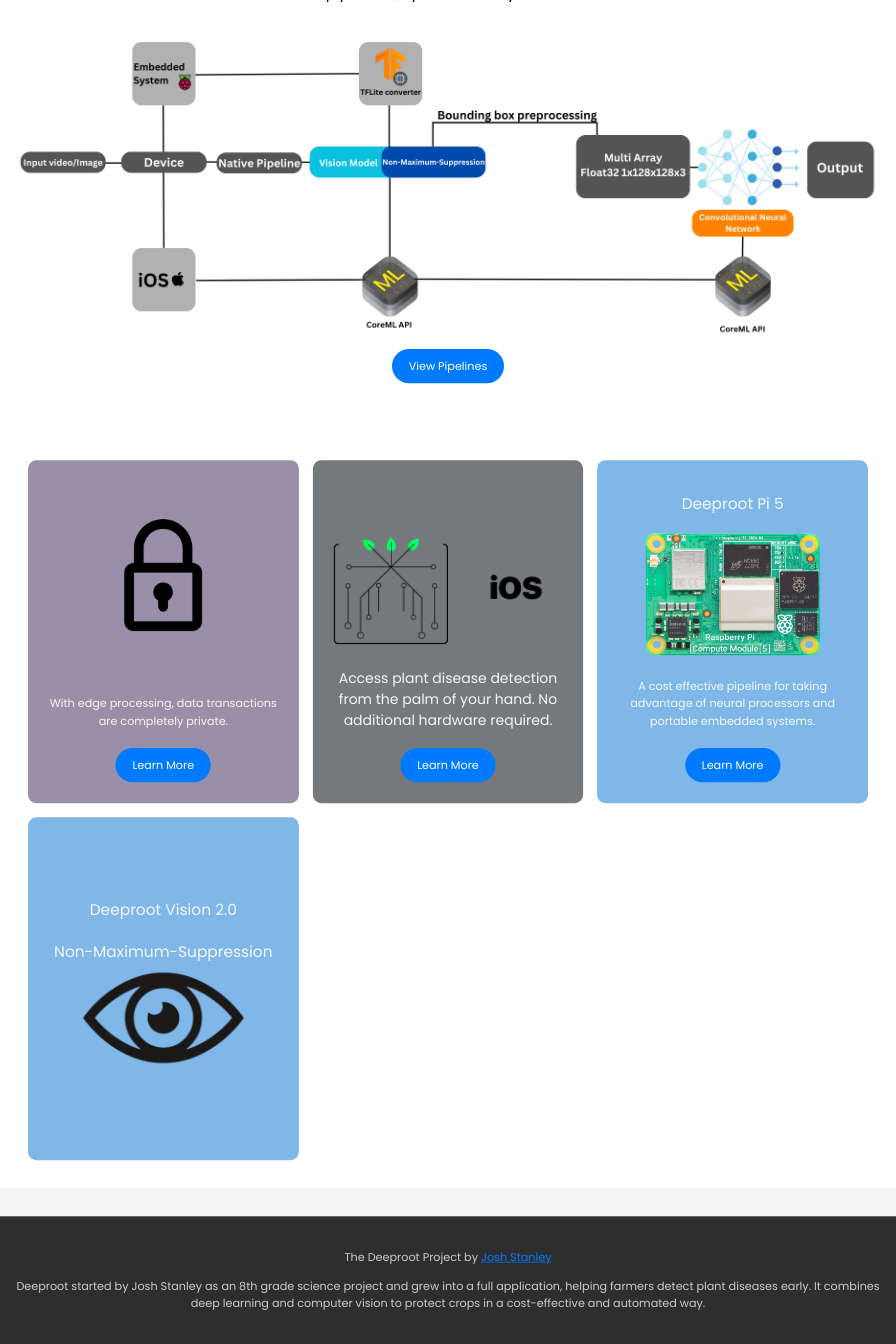
Repository: jss1118/The-Deeproot-Project
Page: Website/index.html
An editor plug-in stored every save of this project. The page is shown before and after the next save, followed by the edit.
The browser window is 1280 px wide. The pictures show the part of the page from y = 1292 to 3212 px (the page is 3212 px tall), at 70% of full size.

Above is the page before, as saved 2025-03-21 20:25:30.

### Website/index.html
<!DOCTYPE html>
<html lang="en">

<head>
  <meta charset="UTF-8">
  <meta name="viewport" content="width=device-width, initial-scale=1.0">
  <title>Deeproot A.I</title>
  <link href="https://fonts.googleapis.com/css2?family=Poppins:wght@400;600&display=swap" rel="stylesheet">
  <style>
    body {
      margin: 0;
      font-family: 'Poppins', sans-serif;
      overflow-x: hidden;
      background-color: #f5f5f5;
    }

    nav {
      background: rgba(22, 22, 22, 0.9);
      position: sticky;
      top: 0;
      width: 100%;
      z-index: 1000;
      display: flex;
      justify-content: center;
    }

    .navlinks {
      list-style: none;
      display: flex;
      gap: 30px;
      padding: 15px;
      margin: 0;
    }

    .navlink, .navicon svg {
      color: #d3d3d3;
      text-decoration: none;
      transition: color 0.3s;
    }

    .navlink:hover, .mainpagelink a:hover {
      color: white;
    }

    .mainpage2, .mainpage3, .mainpage4 {
      padding: 60px 20px;
      text-align: center;
    }

    .mainpage2 {
      background: linear-gradient(135deg, #2e2e2e, #4f4f4f);
      color: white;
    }

    .mainpage2 img, .mainpage3 img, .promo1 img {
      max-width: 100%;
      height: auto;

    }

    .mp2-title1 {
      font-size: 56px;
      font-weight: 600;
      margin-bottom: 15px;
    }

    .mp2-desc, .mp3desc, .titlefont {
      font-size: 22px;
      margin-bottom: 25px;
    }
    .promo4title {
      font-size: 22px;
      margin-bottom: 5px;
      position: relative;
      top: 100px;
    }
    .mainpagelink a {
      display: inline-block;
      margin: 10px;
      padding: 12px 24px;
      background: #007aff;
      color: white;
      border-radius: 25px;
      text-decoration: none;
      transition: background 0.3s;
    }

    .mainpage3 {
      background: white;
    }

    .mainpage3 img {
      margin-top: 20px;
      border-radius: 12px;
    }

    .mainpage4 {
      display: grid;
      grid-template-columns: repeat(auto-fit, minmax(300px, 1fr));
      gap: 20px;
      background-color: white;
      padding: 40px;
    }

    .promo1, .promo2, .promo3, .promo4, .promo5, .promo6 {
      background-size: cover;
      background-position: center;
      height: 450px;
      display: flex;
      flex-direction: column;
      justify-content: flex-end;
      padding: 20px;
      color: white;
      border-radius: 12px;
      position: relative;
    }

    .promo1 img, .promo2 img, .promo3 img, .promo4 img, .promo5 img, .promo6 img {
      margin-bottom: 10px;
    }

    .promo1 {
      background-color: #9a8fa8;
      color: #f5f5f5;
    }
    .promo2 {
      background-color: #75797c;
      color: #f5f5f5;
      background-size: cover;
      background-position: center;
      height: 450px;
      display: flex;
      flex-direction: column;
      justify-content: flex-end;
      padding: 20px;
      border-radius: 12px;
      position: relative;
    }
    .promo2 p {
      font-size: 20px;
      margin-bottom: 15px;
    }

    .promo3 {
      background-color: #7fb8e8;
      color: #f5f5f5;
      background-size: cover;
      background-position: center;
      height: 450px;
      display: flex;
      flex-direction: column;
      justify-content: flex-end;
      padding: 20px;
      border-radius: 12px;
      position: relative;
    }
    .promo4 {
      background-color: #7fb8e8;
      color: #f5f5f5;
      background-size: cover;
      background-position: center;
      height: 450px;
      display: flex;
      flex-direction: column;
      justify-content: flex-end;
      padding: 20px;
      border-radius: 12px;
      position: relative;

    }
    .promo1 img {
      width: 160px;
      height: auto;
      margin: 0 auto 15px auto;
      display: block;
      background: none;
      position: relative;
      bottom: 60px;
    }

    .promo2 img {
      width: 360px;
      height: 400px;
      margin: 0 auto 15px auto;
      display: block;
      border-radius: 10px;

      position: relative;
      top: 100px;
    }
    .promo3 img {
      width: 250px;
      height: 175px;
      margin: 0 auto 15px auto;
      display: block;
      border-radius: 10px;

      position: relative;

    }

    footer {
      background-color: #2e2e2e;
      color: #ccc;
      text-align: center;
      padding: 30px 20px;
      margin-top: 40px;
    }

    footer a {
      color: #007aff;
      text-decoration: underline;
    }

    @media (max-width: 768px) {
      .mp2-title1 { font-size: 40px; }
      .mp2-desc, .mp3desc { font-size: 18px; }
      .mainpagelink a { padding: 10px 20px; }
    }
  </style>
</head>

<body>
  <nav>
    <ul class="navlinks">
      <li><a class="navlink" href="/">iOS</a></li>
      <li><a class="navlink" href="/applestore">Raspberry Pi 5</a></li>
      <li><a class="navlink" href="/">Native</a></li>
      <li><a class="navlink" href="/">State-of-the-art Models</a></li>
      <li><a class="navlink" href="/">Developers</a></li>
    </ul>
  </nav>

  <section class="mainpage2">
    <h1 class="mp2-title1">Deeproot</h1>
    <p class="mp2-desc">Portable. Fast. Secure.</p>
    <p class="mp2-desc">The all-in-one automated solution for early plant disease detection.</p>
    <div class="mainpagelink"><a href="#">Learn More</a></div>
    <img src="wide logo.png" alt="Deeproot Logo">
  </section>

  <section class="mainpage3">
    <p class="mp3desc">Three pipelines, optimized for your use case.</p>
    <img src="newgraph.png" alt="Machine Learning Pipelines">
    <div class="mainpagelink"><a href="#">View Pipelines</a></div>
  </section>

  <section class="mainpage4">
    <div class="promo1">
      <img src="lock.fill.png" alt="Promo icon">
      <p>With edge processing, data transactions are completely private. </p>
      <div class="mainpagelink"><a href="#">Learn More</a></div>
    </div>
    <div class="promo2">
      <img src="deeprootios.png" alt="ios icon">
      <p>Access plant disease detection from the palm of your hand. No additional hardware required.</p>
      <div class="mainpagelink"><a href="#">Learn More</a></div>
    </div>



    <div class="promo3">
      <p class="titlefont">Deeproot Pi 5</p>
      <img src="piembedded.png" alt="Raspberry pi embedded">
      <p>A cost effective pipeline for taking advantage of neural processors and portable embedded systems.</p>
      <div class="mainpagelink"><a href="#">Learn More</a></div>
    </div>
    <div class="promo4">
      <p class="promo4title">Deeproot Vision 2.0</p>
      <p class="promo4title">Non-Maximum-Suppression</p>
      <img src="eye.png" alt="eye image">
    </div>
    <div class="promo5"></div>
    <div class="promo6"></div>
  </section>

  <footer>
    <p>The Deeproot Project by <a href="https://github.com/jss1118/Deeproot-AI">Josh Stanley</a></p>
    <p>Deeproot started by Josh Stanley as an 8th grade science project and grew into a full application, helping farmers detect plant diseases early. It combines deep learning and computer vision to protect crops in a cost-effective and automated way.</p>
  </footer>
</body>
</html>

After the next save:
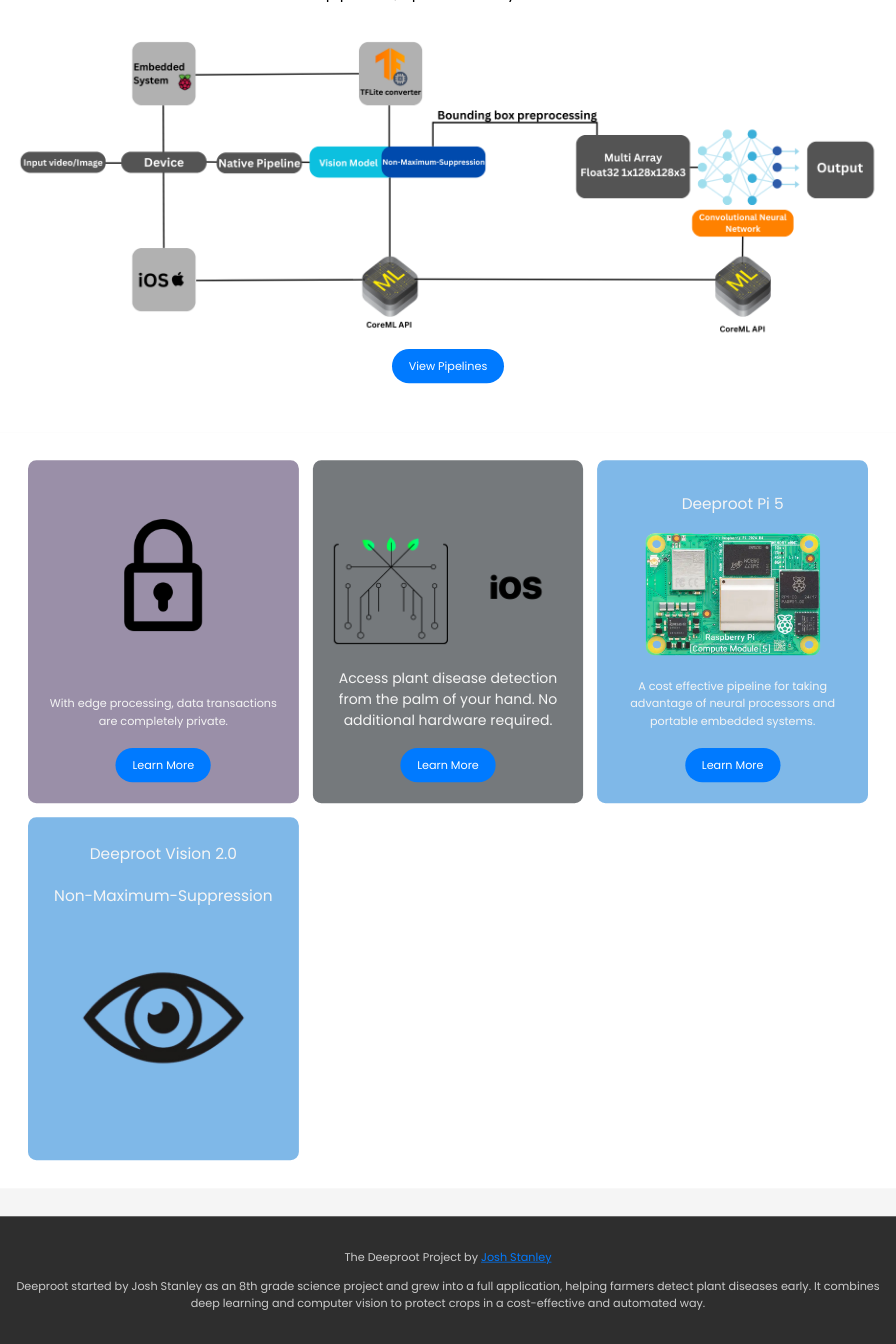
Saved 8 s later.
--- a/Website/index.html
+++ b/Website/index.html
@@ -72,7 +72,7 @@
       font-size: 22px;
       margin-bottom: 5px;
       position: relative;
-      top: 100px;
+      top: 20px;
     }
     .mainpagelink a {
       display: inline-block;
